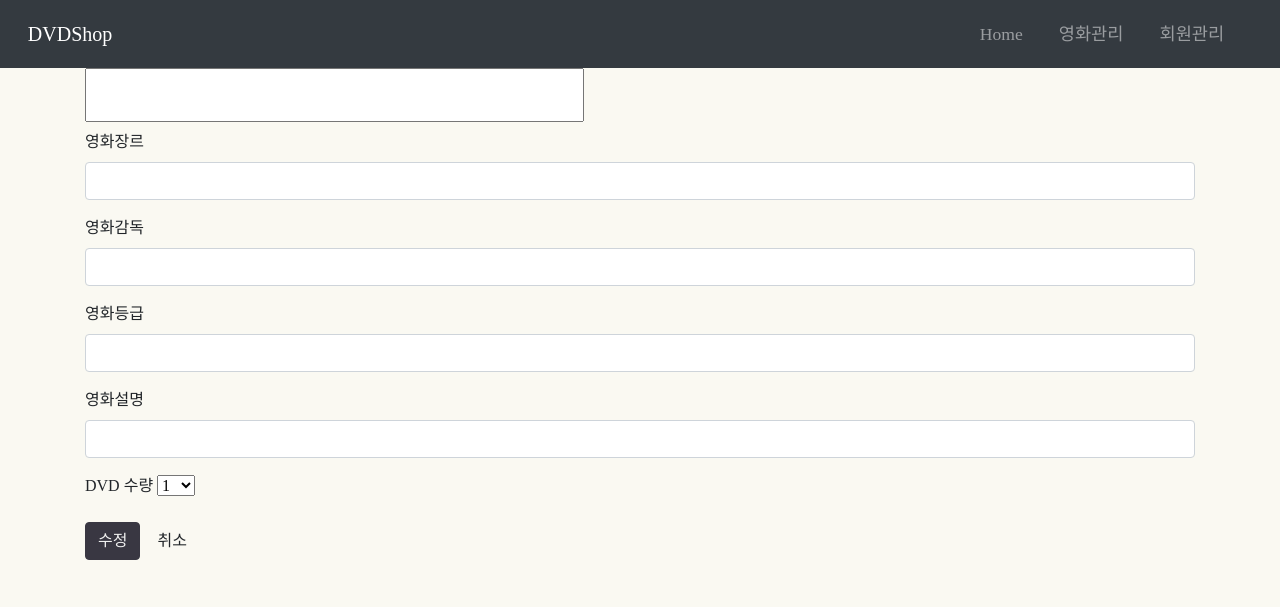
Repository: afterup/dvdshop
Page: http://localhost/shop_project/view/manager/admin_insert.jsp
An editor plug-in stored every save of this project. The page is shown before and after the next save, followed by the edit.
The browser window is 1280 px wide. The pictures show the whole page.
The page is served by Tomcat 9. Other server files are loaded and not shown.

Above is the page before, as saved 2019-08-14 10:34:48.

### shop_project/WebContent/view/manager/admin_insert.jsp
<%@ page language="java" contentType="text/html; charset=UTF-8"
	pageEncoding="UTF-8"%>
<%@taglib uri="http://java.sun.com/jsp/jstl/core" prefix="c"%>
<!DOCTYPE html>
<html>

<head>
<meta charset="UTF-8">
<meta name="viewport" content="width=device-width, initial-scale=1.0">
<meta http-equiv="X-UA-Compatible" content="ie=edge">
<title>Document</title>
<link rel="stylesheet"
	href="https://stackpath.bootstrapcdn.com/bootstrap/4.3.1/css/bootstrap.min.css"
	integrity="sha384-ggOyR0iXCbMQv3Xipma34MD+dH/1fQ784/j6cY/iJTQUOhcWr7x9JvoRxT2MZw1T"
	crossorigin="anonymous">
<link rel="stylesheet" href="./css/style.css">
<link rel="stylesheet"
	href="https://maxcdn.bootstrapcdn.com/font-awesome/4.7.0/css/font-awesome.min.css">
</head>

<body id="adminPage">

	<!-- Navigation -->
	<%@ include file="/view/manager/adminHeader.jsp" %>

	<!--  UPDATE -->
	<div class="container">

		<form action="admin?action=insertAction" method="POST" name="frm">
			<h1>
				<input type="text" name="movienm"">
			</h1>
			<div class="form-group">
				<label for="genrenm">영화장르</label> <input type="text"
					 class="form-control" name="genrenm">
			</div>
			<div class="form-group">
				<label for="supervison">영화감독</label> <input type="text"
					 class="form-control" name="supervison">
			</div>
			<div class="form-group">
				<label for="watchgradenm">영화등급</label> <input type="text"
					class="form-control"
					name="watchgradenm">
			</div>
			<div class="form-group">
				<label for="moviedesc">영화설명</label> <input type="text"
					class="form-control" name="moviedesc">
			</div>
			<div class="form-group">
				<label for="dvdamount">DVD 수량</label> <select name="dvdamount">
					<c:forEach begin="1" end="20" var="i">
						<option>${i}</option>
					</c:forEach>
				</select>
			</div>
			<button type="button" onclick="validateCheck()" class="btn btn-info">수정</button>
			<button type="button" onclick="history.back()" class="btn">취소</button>
		</form>
	</div>

	<script src="./js/movieCheck.js"></script>

	<script src="https://code.jquery.com/jquery-3.3.1.slim.min.js"
		integrity="sha384-q8i/X+965DzO0rT7abK41JStQIAqVgRVzpbzo5smXKp4YfRvH+8abtTE1Pi6jizo"
		crossorigin="anonymous">

	</script>
	<script
		src="https://cdnjs.cloudflare.com/ajax/libs/popper.js/1.14.7/umd/popper.min.js"
		integrity="sha384-UO2eT0CpHqdSJQ6hJty5KVphtPhzWj9WO1clHTMGa3JDZwrnQq4sF86dIHNDz0W1"
		crossorigin="anonymous">

	</script>
	<script
		src="https://stackpath.bootstrapcdn.com/bootstrap/4.3.1/js/bootstrap.min.js"
		integrity="sha384-JjSmVgyd0p3pXB1rRibZUAYoIIy6OrQ6VrjIEaFf/nJGzIxFDsf4x0xIM+B07jRM"
		crossorigin="anonymous">

	</script>
</body>


</html>

### shop_project/WebContent/view/manager/adminHeader.jsp
<%@ page language="java" contentType="text/html; charset=UTF-8"
    pageEncoding="UTF-8"%>
<!DOCTYPE html>
<html>
<head>
<meta charset="UTF-8">
<title>Insert title here</title>
</head>
<body>
	<nav class="navbar navbar-expand-md navbar-dark bg-dark sticky-top">
		<div class="container-fluid">
			<a href="movie" class="navbar-brand">DVDShop</a>
			<button class="navbar-toggler" type="button" data-toggle="collapse"
				data-target="#navbarResponsive">
				<span class="navbar-toggler-icon"></span>
			</button>
			<div class="collapse navbar-collapse" id="navbarResponsive">
				<ul class="navbar-nav ml-auto">
					<li class="nav-item"><a class="nav-link" href="movie">Home</a></li>
					<li class="nav-item"><a class="nav-link" href="admin">영화관리</a></li>
					<li class="nav-item"><a class="nav-link"
						href="admin?action=user">회원관리</a></li>
				</ul>
			</div>
		</div>
	</nav>


</body>
</html>

### shop_project/WebContent/css/style.css
html,
body {
    height: 100%;
    width: 100%;
    font-family: "sans-serif";
}

img {
    width: 100%;
}

#adminPage {
    background-color: rgb(250, 249, 242);
}

.navbar {
    padding: .8rem;
}

.navbar-nav li {
    padding-right: 20px;
}

.nav-link {
    font-size: 1.1em !important;
}

.carousel-inner img {
    width: 100%;
    height: 100%;
}

.btn-info {
    background-color: rgb(57, 55, 66);
    color: rgb(240, 240, 240);
    border-color: rgb(57, 55, 66);
}

.jumbotron {
    padding: 1rem;
}

.padding {
    padding-bottom: 2rem;
}

footer {
    background-color: #3f3f3f;
    color: #d5d5d5;
    padding: 2rem;
}

hr.light {
    border-top: 1px solid #d5d5d5;
    width: 75%;
}

### shop_project/WebContent/js/movieCheck.js

function validateCheck(){
    	 var f = document.frm;//f== 폼 엘리먼트 객체

    	if(f.movienm.value==""){
        		alert('아이디를 입력해주세요.');
        		f.movienm.focus();
        		return;

    	}else if(f.genrenm.value==""){
    		alert('장르를 입력해주세요.');
    		f.genrenm.focus();
    		return;

    	}else if(f.supervison.value==""){
    		alert('감독명을 입력해주세요.');
    		f.supervison.focus();
    		return;

		}else if(f.watchgradenm.value == ""){
			alert('등급을 입력해주세요.');
			f.watchgradenm.focus();
			return;
		}else if(f.moviedesc.value == ""){
			alert('설명을 입력해주세요.');
			f.moviedesc.focus();
			return;
    	}else{
    		alert('수정 완료');
    		f.submit();
    	}
      }//validateCheck()

After the next save:
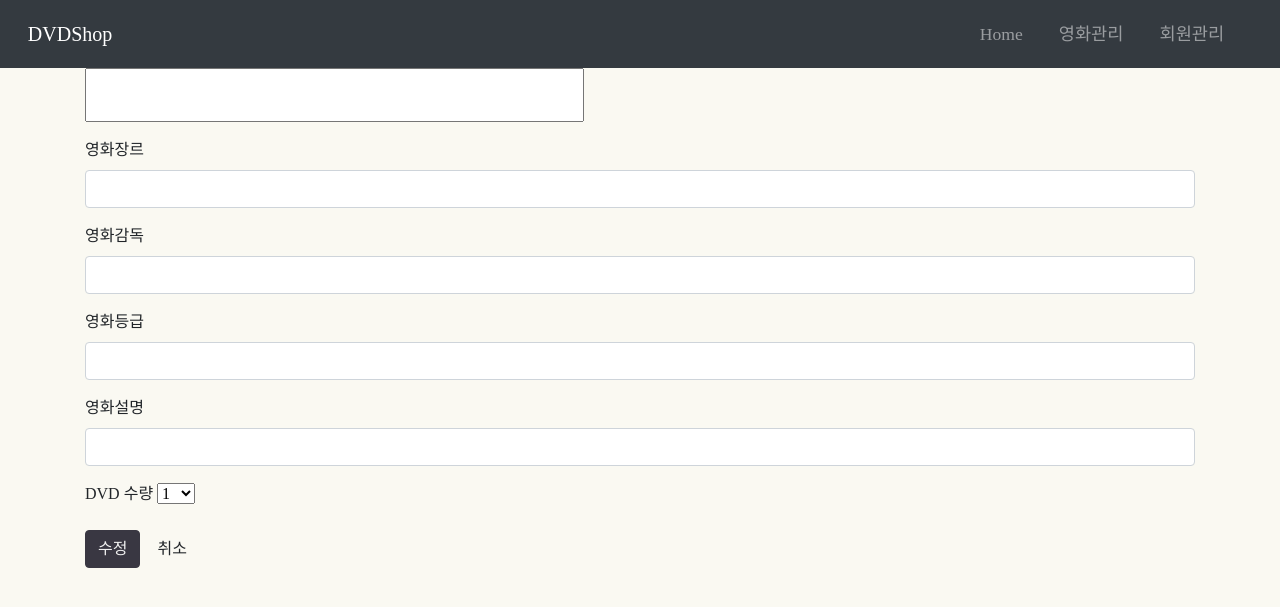
Saved 98 s later.
--- a/shop_project/WebContent/view/manager/admin_insert.jsp
+++ b/shop_project/WebContent/view/manager/admin_insert.jsp
@@ -28,7 +28,9 @@
 
 		<form action="admin?action=insertAction" method="POST" name="frm">
 			<h1>
-				<input type="text" name="movienm"">
+				<label for="movienm">
+					<input type="text" name="movienm"">
+				</label>
 			</h1>
 			<div class="form-group">
 				<label for="genrenm">영화장르</label> <input type="text"
